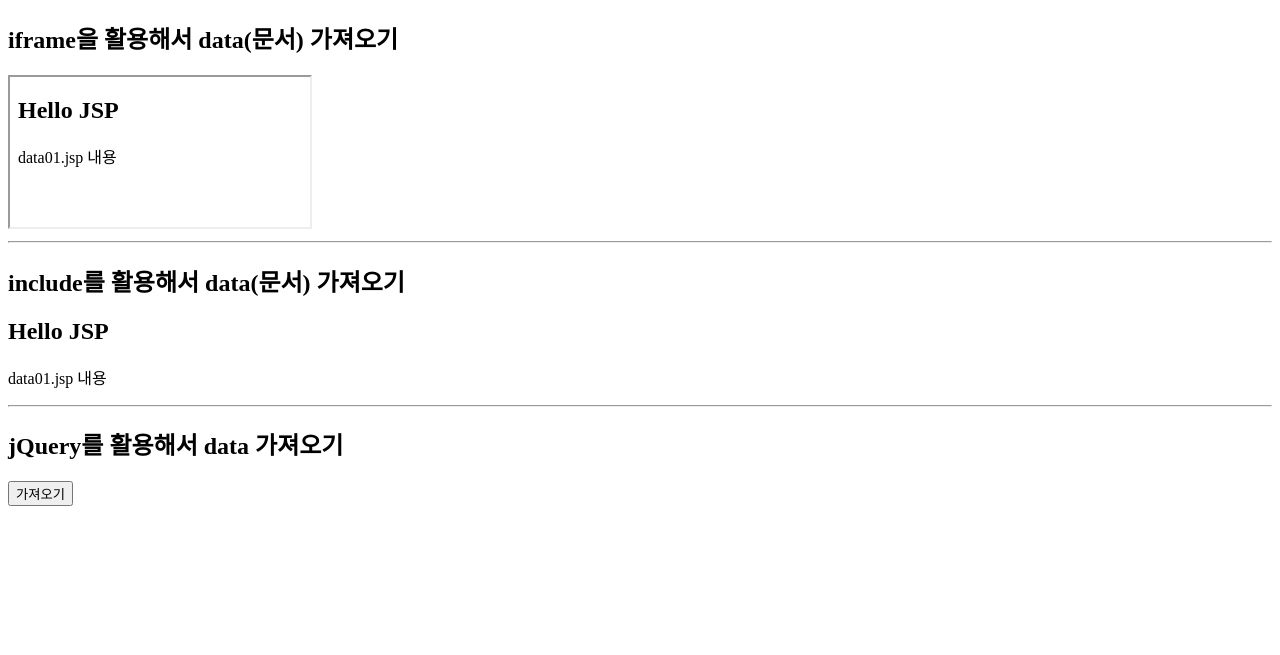
Repository: tjdwlsl/jspstudy
Page: http://localhost/JQuery_Ajax/02_ajax/ex03/ex01.jsp
These files come from the project's save history. The page is drawn as it stood at one moment and after the next save; the edit follows.
The browser window is 1280 px wide. The pictures show the whole page.
The page is served by Tomcat 9. Other server files are loaded and not shown.

Above is the page before, as saved 2023-07-20 09:10:37.

### JQuery_Ajax/src/main/webapp/02_ajax/ex03/ex01.jsp
<%@ page language="java" contentType="text/html; charset=UTF-8"
    pageEncoding="UTF-8"%>
<!DOCTYPE html>
<html>
<head>
<meta charset="UTF-8">
<title>Insert title here</title>
<style type="text/css">
	div{
		width: 80%;
		height: 50%;
	}
</style>
<%-- jQuery 라이브러리 CDN --%>
<script src="https://ajax.googleapis.com/ajax/libs/jquery/3.7.0/jquery.min.js"></script>
<script type="text/javascript">
$(document).ready(function(){
	$("#btn1").on("click", function() {
		$("#res").load("data01.jsp");
	});
});
</script>
</head>
<body>
	<div>
		<h2>iframe을 활용해서 data(문서) 가져오기</h2>
		<iframe src="data01.jsp"></iframe>
	</div>
	<hr>

	<div>
		<h2>include를 활용해서 data(문서) 가져오기</h2>
		<jsp:include page="data01.jsp" />
	</div>
	<hr>
	<div>
		<h2>jQuery를 활용해서 data 가져오기</h2>
		<p id="res"></p>
		<button id="btn1">가져오기</button>
	</div>

</body>
</html>

### JQuery_Ajax/src/main/webapp/02_ajax/ex03/data01.jsp
<%@ page language="java" contentType="text/html; charset=UTF-8"
    pageEncoding="UTF-8"%>
<!DOCTYPE html>
<html>
<head>
<meta charset="UTF-8">
<title>Insert title here</title>
</head>
<body>
	<h2>Hello JSP</h2>
	<p>data01.jsp 내용</p>
</body>
</html>

After the next save:
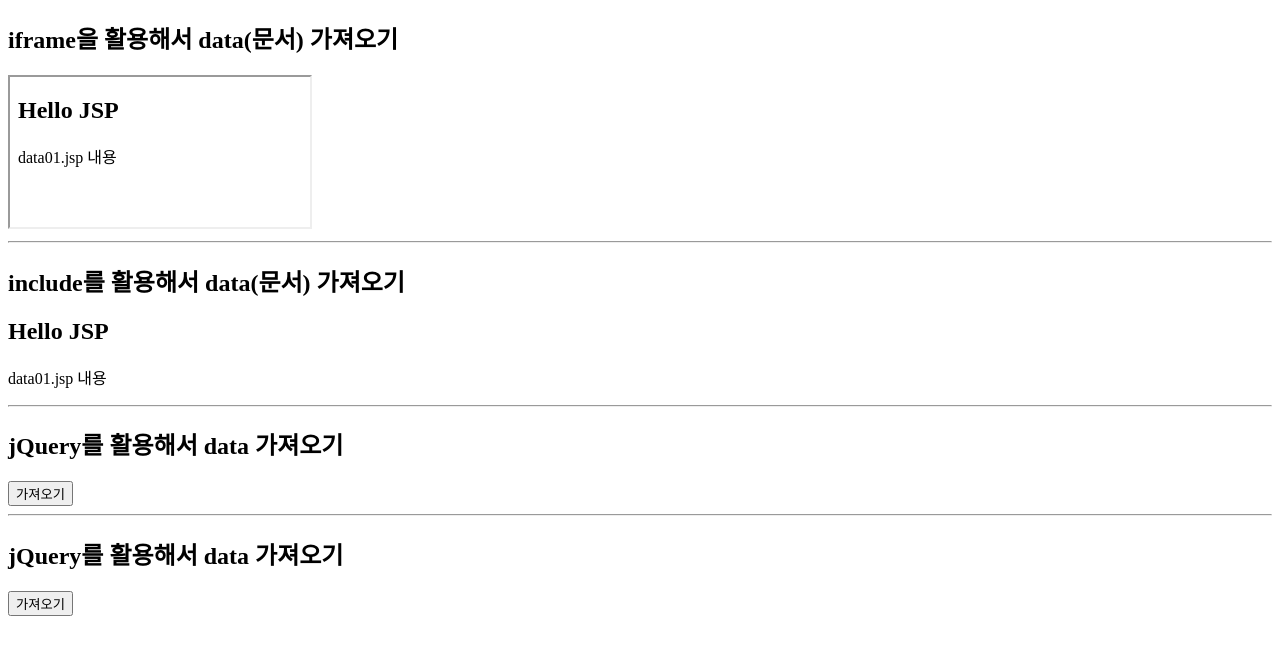
Saved 84 s later.
--- a/JQuery_Ajax/src/main/webapp/02_ajax/ex03/ex01.jsp
+++ b/JQuery_Ajax/src/main/webapp/02_ajax/ex03/ex01.jsp
@@ -39,5 +39,12 @@
 		<button id="btn1">가져오기</button>
 	</div>
 
+	<hr>
+	<div>
+		<h2>jQuery를 활용해서 data 가져오기</h2>
+		<p id="res2"></p>
+		<button id="btn2">가져오기</button>
+	</div>
+
 </body>
 </html>
